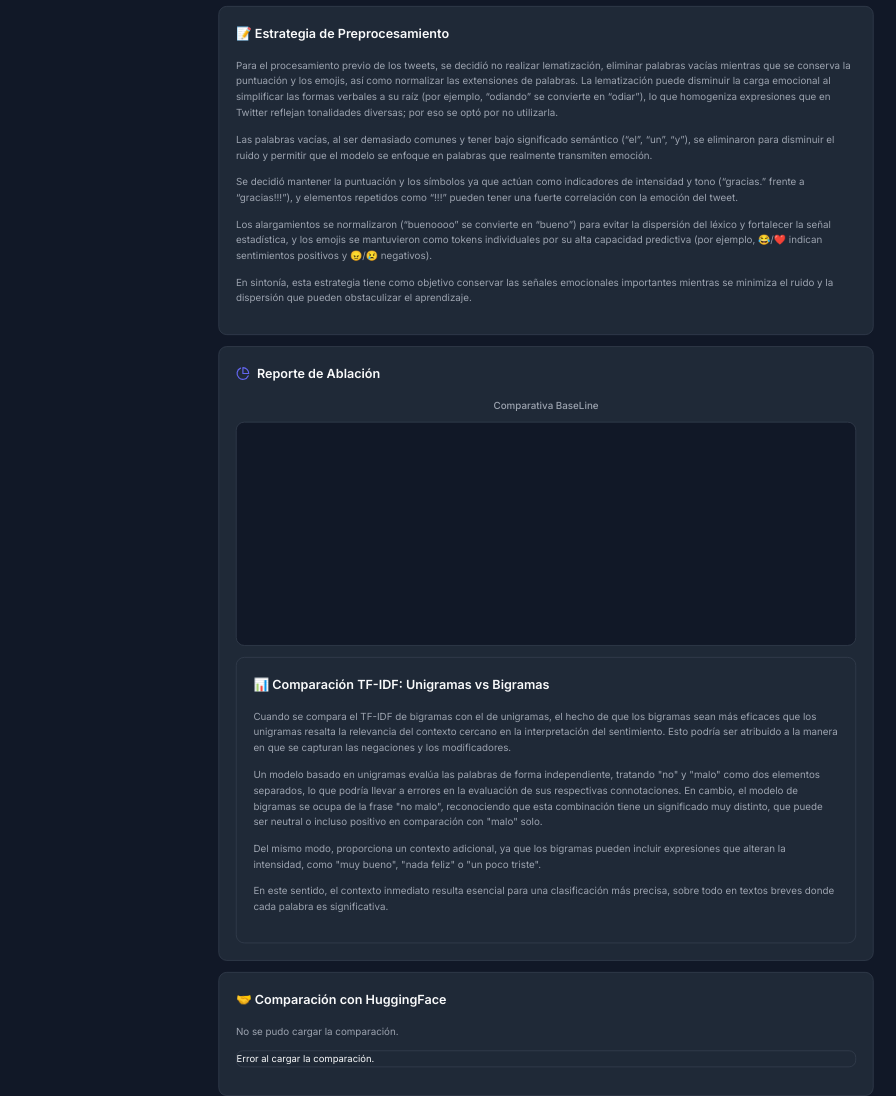
Repository: sergio285/NLP-Sentiment-analysis
Page: pagina/templates/index.html
The author's editor kept a record of every edit. The page is drawn from the files as they stood at one moment, then again after the next edit.
The browser window is 1280 px wide. The pictures show the part of the page from y = 951 to 2871 px (the page is 2517 px tall before and 2871 px after), at 70% of full size.
A picture or video elsewhere on the page could not be fetched, so the positions and the page height are approximate. The page's requests for data from a server got no answer.

Above is the page before.

After the next edit:
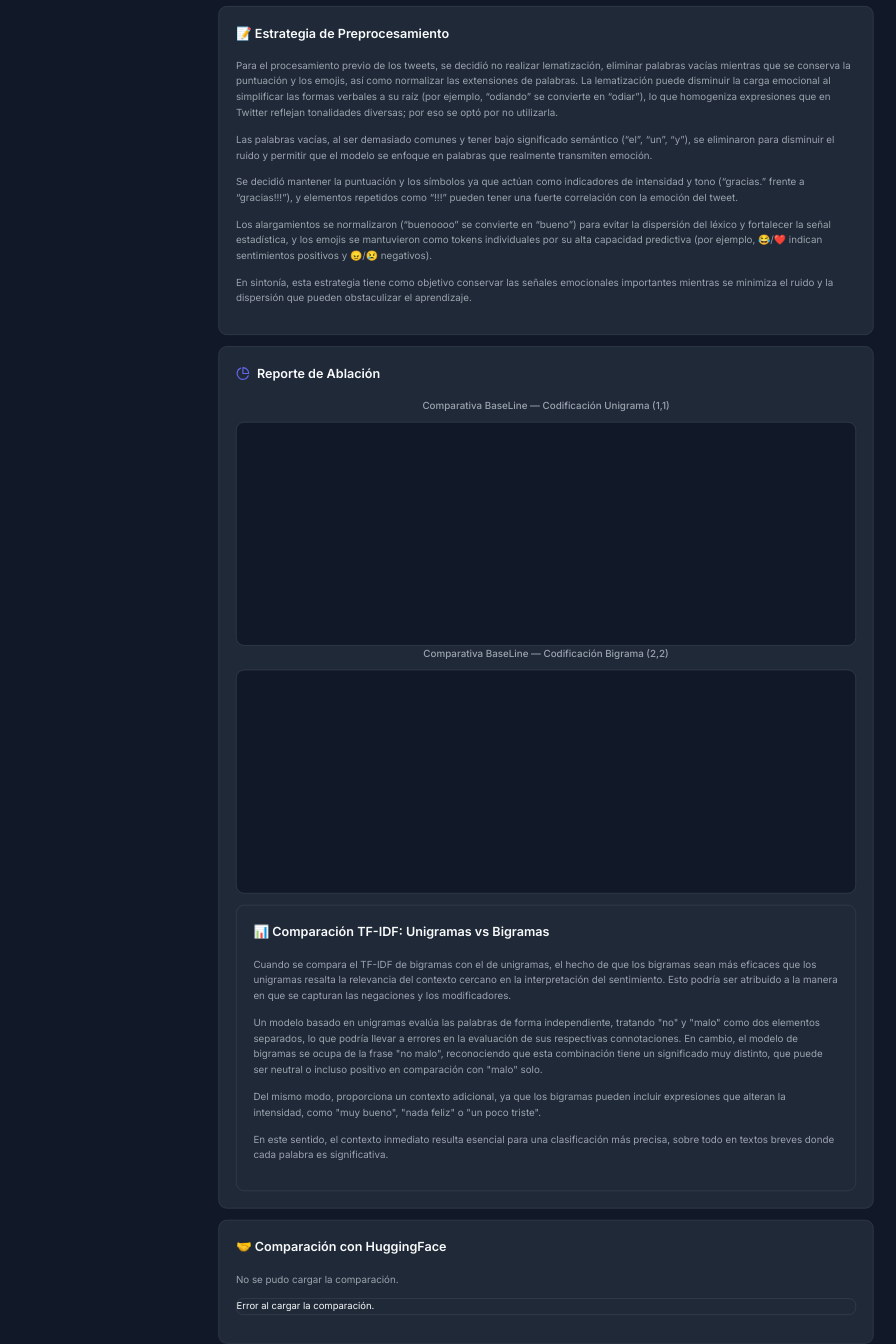
The edit:
--- a/pagina/templates/index.html
+++ b/pagina/templates/index.html
@@ -148,14 +148,19 @@
                 <svg xmlns="http://www.w3.org/2000/svg" width="20" height="20" viewBox="0 0 24 24" fill="none" stroke="currentColor" stroke-width="2" stroke-linecap="round" stroke-linejoin="round"><path d="M21.21 15.89A10 10 0 1 1 8 2.83"></path><path d="M22 12A10 10 0 0 0 12 2v10z"></path></svg>
                 Reporte de Ablación
             </h2>
+            <div>
+                  <h3 class="chart-title">Comparativa BaseLine — Codificación Unigrama (1,1)</h3>
+                  <div class="chart-container">
+                    <canvas id="ablationChartUnigram"></canvas>
+                  </div>
+                </div>
+
                 <div>
-                    <h3 class="chart-title">Comparativa BaseLine</h3>
-                    <div class="chart-container">
-                        <canvas id="ablationChart"></canvas>
-                    </div>
-                </div>
-
-
+                  <h3 class="chart-title">Comparativa BaseLine — Codificación Bigrama (2,2)</h3>
+                  <div class="chart-container">
+                    <canvas id="ablationChartBigram"></canvas>
+                  </div>
+                </div>
             <div class="card full-width-card">
                 <h2 class="card-title">📊 Comparación TF-IDF: Unigramas vs Bigramas</h2>
                 <p class="card-subtitle">
